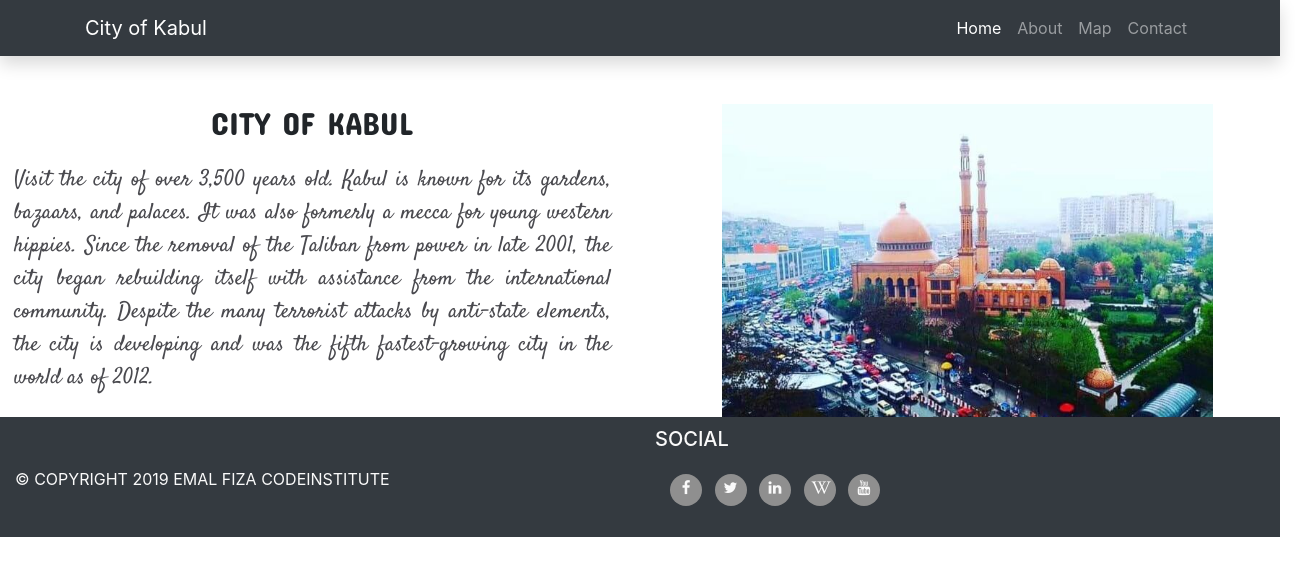
Repository: emalfiza/project-kabul
Page: about.html
The author's editor kept a record of every edit. The page is drawn from the files as they stood at one moment, then again after the next edit.
The browser window is 1280 px wide. The page is 1295 px wide, so the pictures cover 1295 px, including what lies to the right of the window. The pictures show the whole page.

Above is the page before.

### about.html
<!DOCTYPE html>
<html lang="en">

<head>
  <meta charset="UTF-8">
  <meta name="viewport" content="width=device-width, initial-scale=1.0">
  <meta http-equiv="X-UA-Compatible" content="ie=edge">
  <link rel="stylesheet" href="https://stackpath.bootstrapcdn.com/bootstrap/4.3.1/css/bootstrap.min.css" type="text/css" />
  <link rel="stylesheet" href="https://stackpath.bootstrapcdn.com/font-awesome/4.7.0/css/font-awesome.min.css" type="text/css" />
  <link rel="stylesheet" href="assets/css/style.css" type="text/css" />
  <title>City of Kabul</title>
</head>

<body>
  <header>

    <!------------------------------------------- Navigation -->

    <nav class="navbar navbar-expand-lg navbar-dark bg-dark static-top mb-5 shadow">
      <div class="container">
        <a class="navbar-brand" href="#">City of Kabul</a>
        <button class="navbar-toggler" type="button" data-toggle="collapse" data-target="#navbarResponsive" aria-controls="navbarResponsive" aria-expanded="false" aria-label="Toggle navigation">
          <span class="navbar-toggler-icon"></span>
        </button>
        <div class="collapse navbar-collapse" id="navbarResponsive">
          <ul class="navbar-nav ml-auto">
            <li class="nav-item active">
              <a class="nav-link" href="#">Home
                <span class="sr-only">(current)</span>
              </a>
            </li>
            <li class="nav-item">
              <a class="nav-link" href="#">About</a>
            </li>
            <li class="nav-item">
              <a class="nav-link" href="#">Map</a>
            </li>
            <li class="nav-item">
              <a class="nav-link" href="#">Contact</a>
            </li>
          </ul>
        </div>
      </div>
    </nav>

  </header>

  <!------------------------------------------ Page Content -->

  <section class="conrainer-fluid">
    <div class="row">
      <div class="col-md-6">
        <h2 class="section-heading uppercase">City of Kabul</h2>
        <p class="section-paragraph">
          Visit the city of over 3,500 years old. Kabul is known for its gardens, bazaars, and palaces. It was also formerly a mecca for young western hippies. Since the removal of the Taliban from power in late 2001, the city began rebuilding itself with assistance
          from the international community. Despite the many terrorist attacks by anti-state elements, the city is developing and was the fifth fastest-growing city in the world as of 2012.
        </p>
      </div>
      <div class="col-md-6 image-kb">
      </div>
    </div>
  </section>
  <section>

  </section>
  <section>

  </section>

  <!------------------------------------------------ Footer -->

  <footer class="container-fluid">
    <div class="row">
      <div class="col-sm-6">
        <p class="uppercase general-sub special">&copy; Copyright 2019 Emal Fiza CodeInstitute</p>
      </div>
      <div class="col-sm-6">
        <h5 class="uppercase general-sub">Social</h5>
        <ul class="list-inline social-links">
          <li class="list-inline-item">
            <a target="_blank" href="#">
              <i class="fa fa-facebook" aria-hidden="true"></i>
              <span class="sr-only">Facebook</span>
            </a>
          </li>
          <li class="list-inline-item">
            <a target="_blank" href="#">
              <i class="fa fa-twitter" aria-hidden="true"></i>
              <span class="sr-only">Twitter</span>
            </a>
          </li>
          <li class="list-inline-item">
            <a target="_blank" href="#">
              <i class="fa fa-linkedin" aria-hidden="true"></i>
              <span class="sr-only">LinkedIn</span>
            </a>
          </li>
          <li class="list-inline-item">
            <a target="_blank" href="#">
              <i class="fa fa-wikipedia-w" aria-hidden="true"></i>
              <span class="sr-only">Wikipedia</span>
            </a>
          </li>
          <li class="list-inline-item">
            <a target="_blank" href="#">
              <i class="fa fa-youtube" aria-hidden="true"></i>
              <span class="sr-only">YouTube</span>
            </a>
          </li>
        </ul>
      </div>
    </div>

  </footer>
</body>

</html>

### assets/css/style.css
@import url('https://fonts.googleapis.com/css?family=Concert+One|Satisfy&display=swap:100,200,300,400,500,600,700,800|satisfy:100,200,300,400,500,600,700,800');

/* -----------------------------------------------------Navbar --*/

.navbar-brand {
  color: #fafafa;
}

/* -- The bellow body css imported from the startbootstrap.com --*/

.image {
  background: url("../images/kabul.jpg") no-repeat center center fixed;
  background-size: cover;
  -webkit-background-size: cover;
  -moz-background-size: cover;
  -o-background-size: cover;
}

.image-kb {
  background: url("../images/city-kabul.jpeg") no-repeat center;
  background-size: 75%;
  max-width: 100%;
  height: auto;
}

.image-kb-culture {
  background: url("../images/kabul-culture.jpg") no-repeat center;
  background-size: auto;
  max-width: 100%;
  height: auto;
}

/* -----------------------------------------------------Heading --*/

.title {
  font-family: "Concert One", sans-serif;
  font-weight: bolder;
  text-align: center;
  letter-spacing: 2px;
  text-transform: uppercase;
  font-size: 60px;
  color: #fafafa;
  margin-bottom: 10px;
}

hr {
  width: 20%;
  display: block;
  margin-top: 0.5em;
  margin-bottom: 0.5em;
  margin-left: auto;
  margin-right: auto;
  border-style: double;
  border-width: 1px;
  border-radius: 2px;
  height: 2px;
  color: #fafafa;
  background-color: #fafafa;
}

.card {
  background-color: rgba(0, 0, 0, 0.3);
}

.context {
  margin-top: 14%;
}

.primary,
.lead {
  font-family: "satisfy", sans-serif;
  font-size: 22px;
  color: #fafafa;
  text-align: center;
  margin-top: 32px;
}

.lead {
  margin-top: 20px;
}

.section-heading {
  font-family: "Concert One", sans-serif;
  text-align: center;
}

/* -----------------------------------------------------Main content --*/

.section-paragraph {
  font-family: "Satisfy", sans-serif;
  margin: 22px 14px 22px 14px;
  text-align: justify;
  font-weight: 400;
  font-size: 22px;
  color: #4a4a4f;
}

/* -----------------------------------------------------Footer --*/

footer {
  background-color: #343a40!important;
  color: #fafafa;
  min-height: 100px;
}

.uppercase {
  text-transform: uppercase;
}

/* --The font-family for the general-sub I copied from the bootsratp navbar "DevTool" of my home page
because I wanted my footer font family to match my navbar--*/

.general-sub {
  font-family: -apple-system, BlinkMacSystemFont, "Segoe UI", Roboto, "Helvetica Neue",
  Arial, "Noto Sans", sans-serif, "Apple Color Emoji", "Segoe UI Emoji", "Segoe UI Symbol", "Noto Color Emoji";
  margin-top: 10px;
}

.special {
  margin-left: 0px;
  margin-top: 50px;
}

.social-links {
  padding: 15px;
}

.social-links li a i {
  position: relative;
  width: 32px;
  height: 32px;
  padding: 8px;
  border-radius: 50%;
  font-size: 15px;
  line-height: 12px;
  text-align: center;
  color: #fafafa;
  background-color: #8f8f8f;
  transition: all 0.40s ease-in-out;
  -moz-transition: all 0.40s ease-in-out;
  -webkit-transition: all 0.40s ease-in-out;
  -o-transition: all 0.40s ease-in-out;
}

.social-links li a i:hover {
  background-color: #252525;
}

After the next edit:
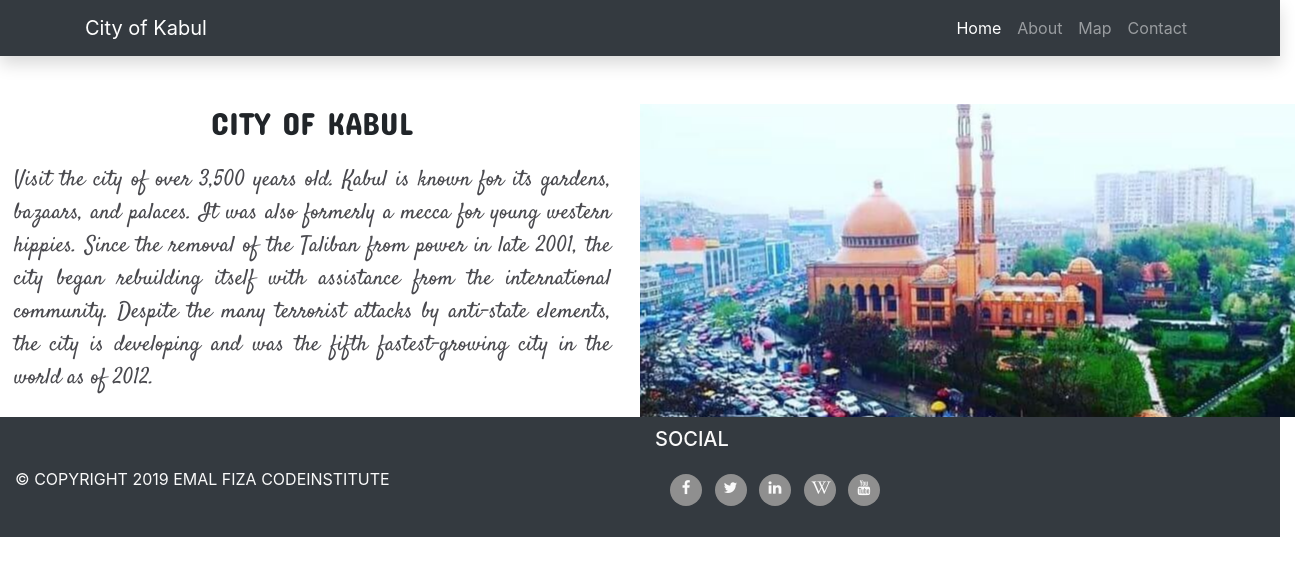
The edit:
--- a/assets/css/style.css
+++ b/assets/css/style.css
@@ -18,7 +18,7 @@
 
 .image-kb {
   background: url("../images/city-kabul.jpeg") no-repeat center;
-  background-size: 75%;
+  background-size: initial;
   max-width: 100%;
   height: auto;
 }
